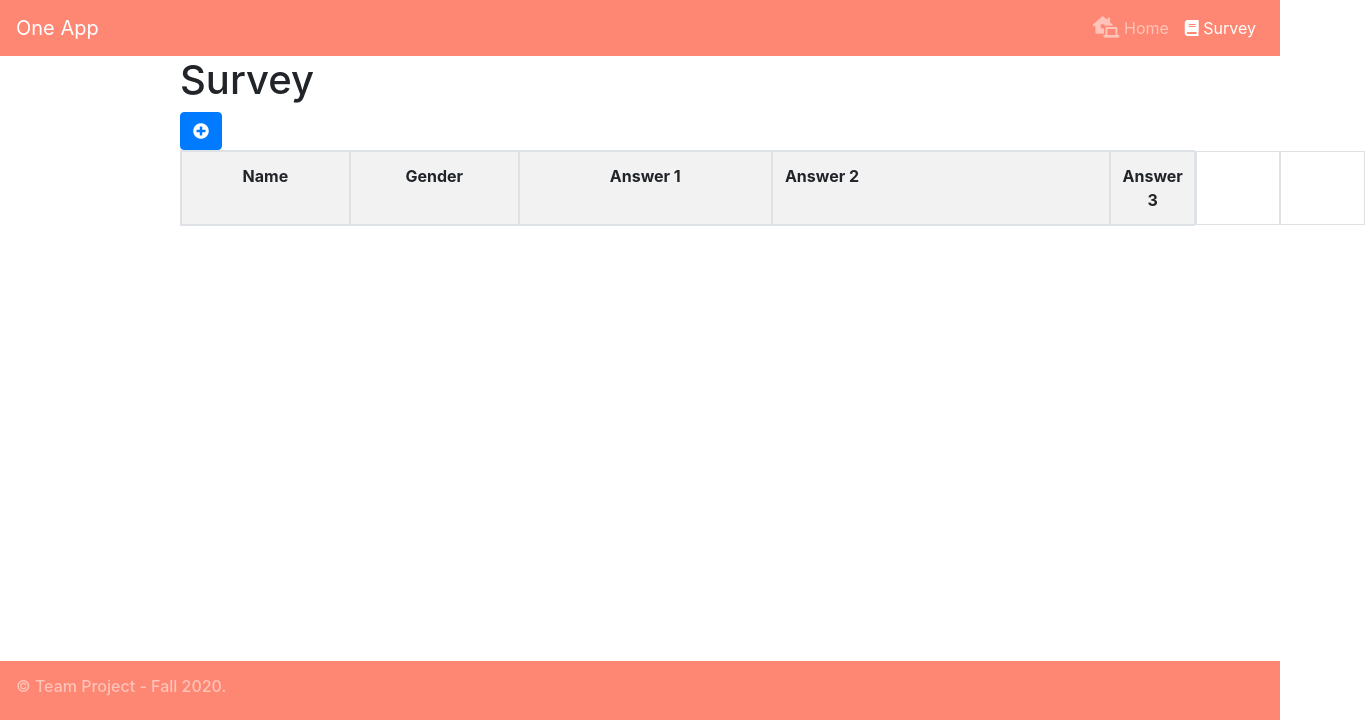
Repository: Dyazho/group-project
Page: http://localhost/survey
These files come from the project's save history. The page is drawn as it stood at one moment and after the next save; the edit follows.
The browser window is 1280 px wide. The page is 1365 px wide, then 1280 px, so the pictures cover 1365 px, including what lies to the right of the window. The pictures show the whole page.
The page is served by the project's Node server (server.js). Queries for data that is not in the repository find no rows.

Above is the page before, as saved 2020-11-16 11:08:03.

After the next save:
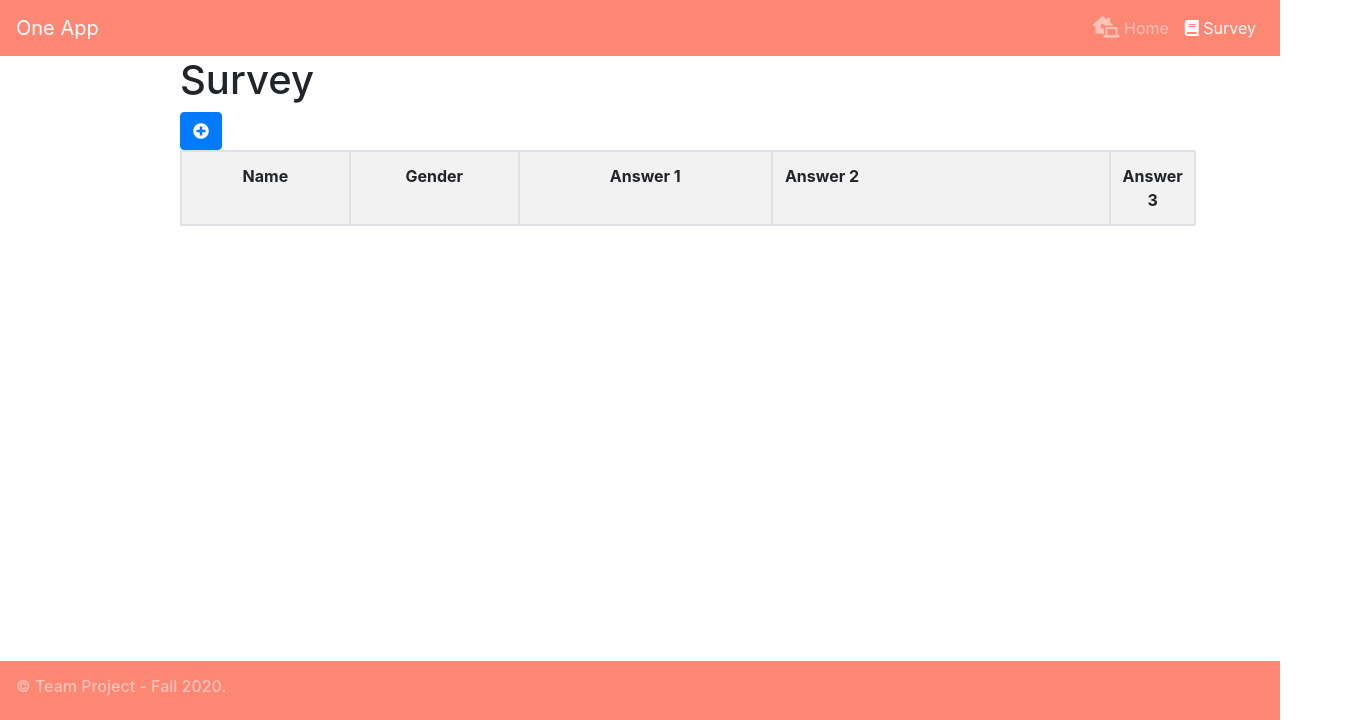
Saved 9 s later.
--- a/server/views/book/list.ejs
+++ b/server/views/book/list.ejs
@@ -19,8 +19,6 @@
                     <th class="text-center col-3">Answer 1</th>
                     <th class="col-4">Answer 2</th>
                     <th class="text-center col-">Answer 3</th>
-                    <th class="text-center col-1"></th>
-                    <th class="text-center col-1"></th>
                 </tr>
 
                 <!-- Repeatable Template Row -->
